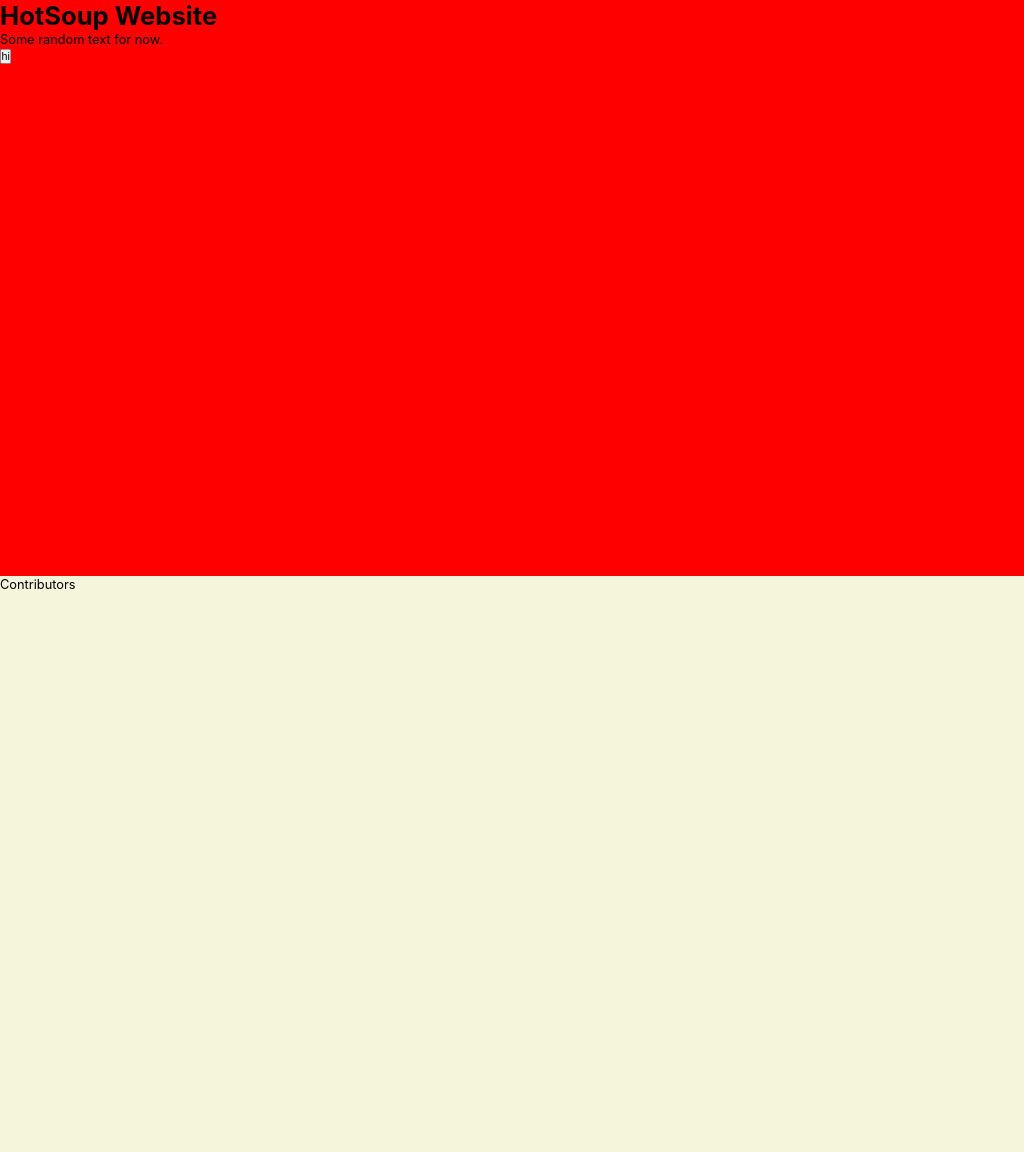
Repository: jasminepvo/WebApp-FrontEnd
Page: / (app in web-app/)
The author's editor kept a copy of each file at every save. The page is drawn from the files as they stood at one save, then again after a run of saves.
The browser window is 1280 px wide. The pictures show the whole page, at 80% of full size.
The project was rebuilt for these pictures with package versions that can differ from the ones it lists, and the page was loaded fresh each time. Also part of the build but not shown: web-app/src/App.css.

Above is the page before, as saved 2022-08-23 11:22:07.

After the next 4 saves:
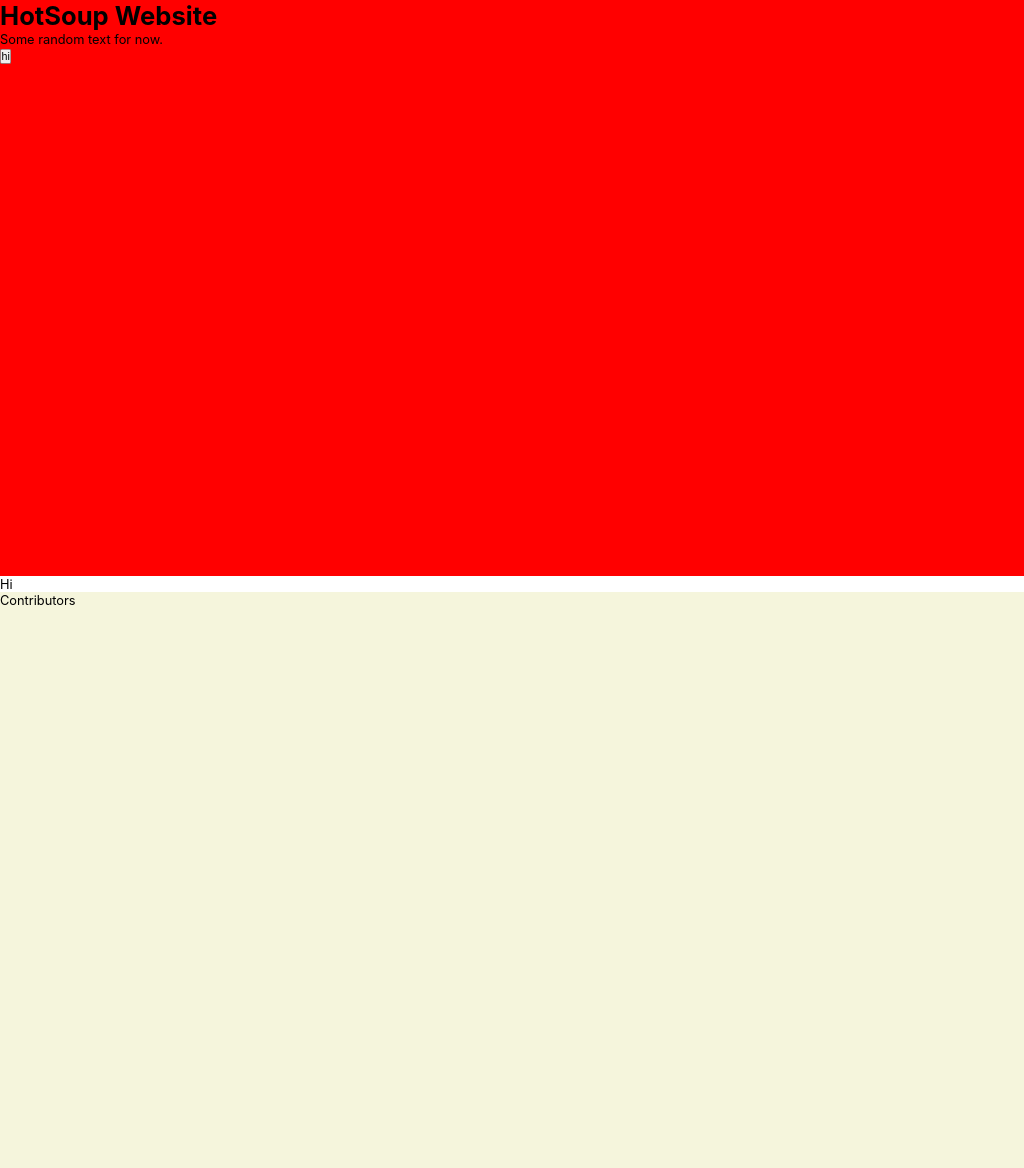
The 4 saves are shown as one change because 2 did not build or start and some came seconds apart.
The last was saved 36 s later.
--- a/web-app/src/Components/Contributors.js
+++ b/web-app/src/Components/Contributors.js
@@ -3,8 +3,10 @@ import '../Styles/Contributors.css';
 
 const Contributors = () => {
   return (
-
+<>
+    <header> Hi </header>
     <div className='con-body'>Contributors</div>
+</>
   )
 }
 export default Contributors;
